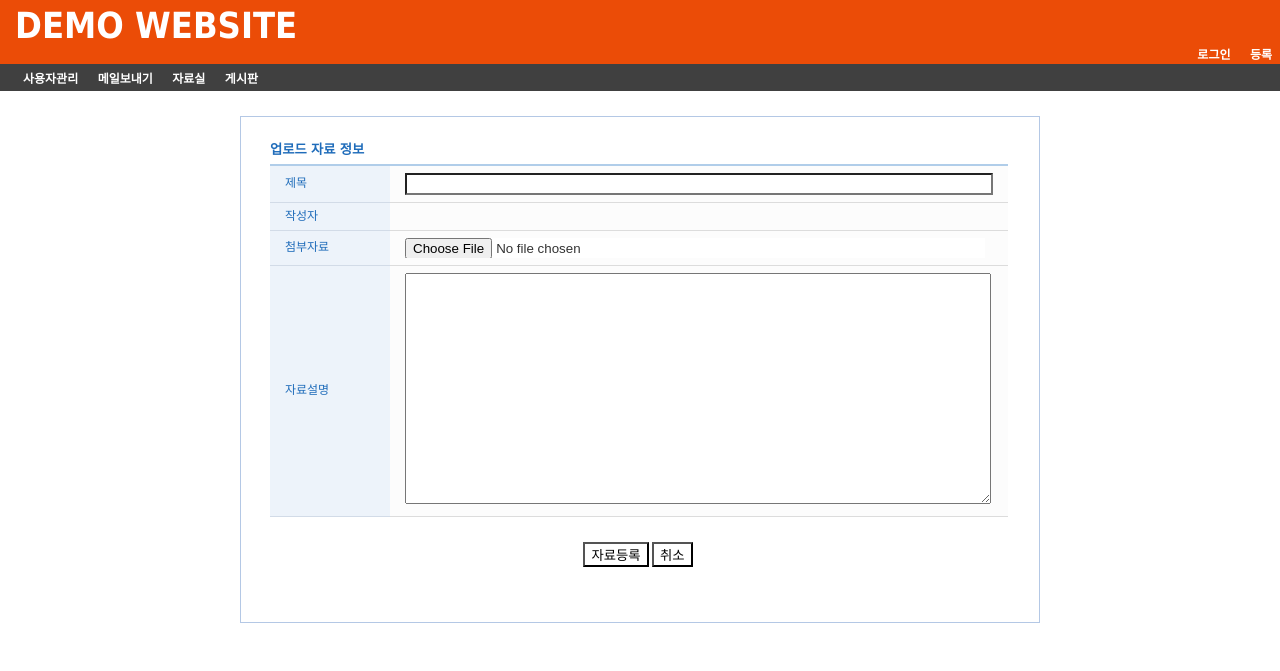
Repository: yeobinJeong/demoweb
Page: http://localhost/demoweb/upload/writeform.action
These files come from the project's save history. The page is drawn as it stood at one moment and after a run of saves; the edit follows.
The browser window is 1280 px wide. The pictures show the whole page.
The page is served by Tomcat 9.

Above is the page before, as saved 2016-04-11 07:48:47.

After the next 2 saves:
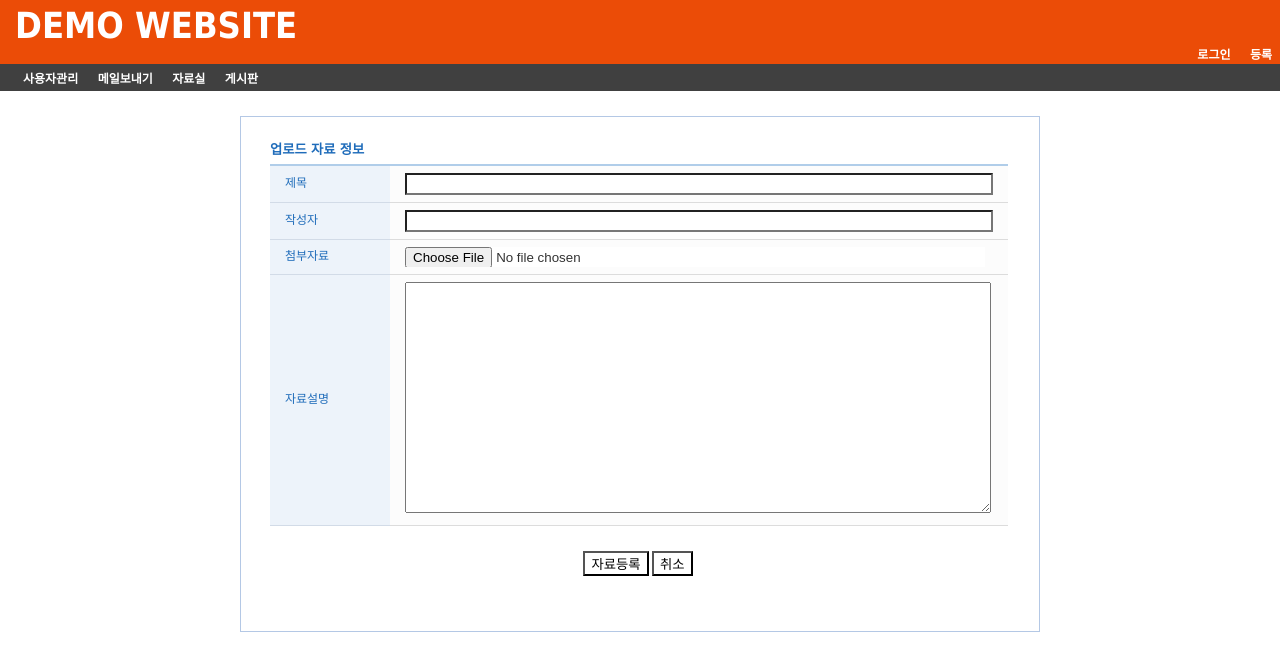
The 2 saves are shown as one change because they came seconds apart.
The last was saved 75 s later.
--- a/demoweb/WebContent/WEB-INF/views/upload/uploadwriteform.jsp
+++ b/demoweb/WebContent/WEB-INF/views/upload/uploadwriteform.jsp
@@ -33,7 +33,7 @@
 		            <tr>
 		                <th>작성자</th>
 		                <td>
-
+		                	<input type="text" nmae="writer" style="width: 580px"/>
 		                </td>
 		            </tr>
 		            <tr>
